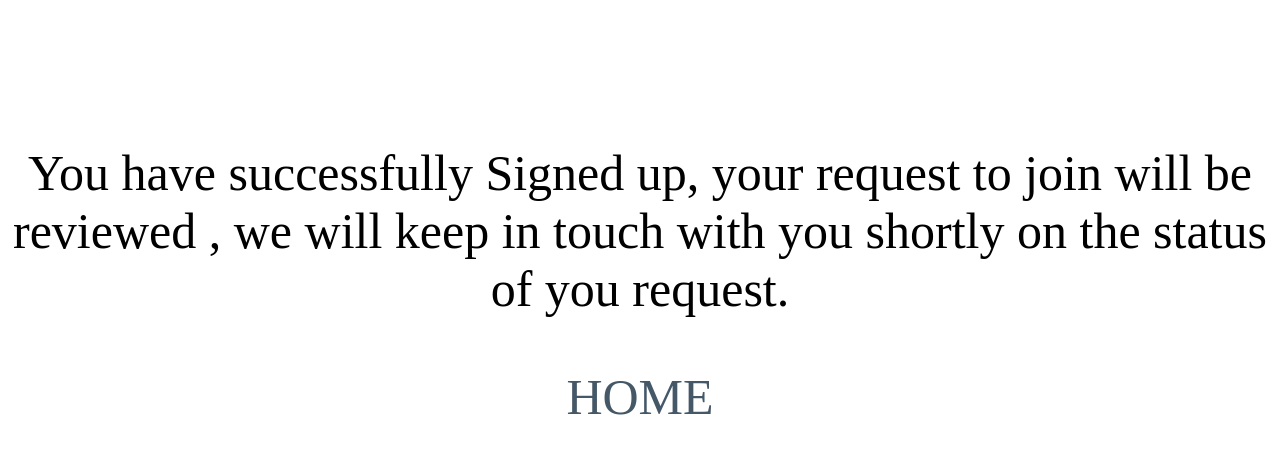
Repository: lorna-k/Workspace
Page: Alumni/Alumni-2/WebContent/signedup.html
An editor plug-in stored every save of this project. The page is shown before and after the next save, followed by the edit.
The browser window is 1280 px wide. The pictures show the whole page.

Above is the page before, as saved 2016-09-15 08:44:35.

### Alumni/Alumni-2/WebContent/signedup.html
<!DOCTYPE html>
<html>
<head>
<meta charset="ISO-8859-1">
<title>Insert title here</title>
</head>

<style>
	a
	{
		text-decoration: none;
		color:#455868;
	}
	a:hover
	{
		color:blue;
	}

</style>
<body>
	<div  style="font-size:50px; font-family:Arial #455868;margin-top:20vh" align="center">

		You have successfully Signed up,
		your request to join will be reviewed
		, we will keep in touch with you shortly on the status
		of you request.




		<p><a href="imdex.html">HOME</a></p>
	</div>
</body>
</html>

After the next save:
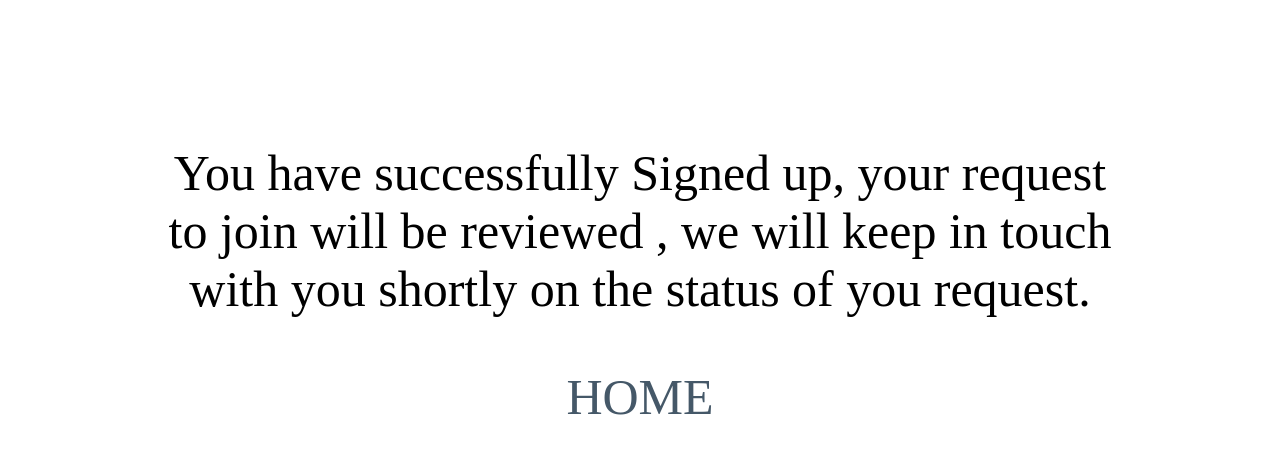
Saved 61 s later.
--- a/Alumni/Alumni-2/WebContent/signedup.html
+++ b/Alumni/Alumni-2/WebContent/signedup.html
@@ -18,7 +18,7 @@
 
 </style>
 <body>
-	<div  style="font-size:50px; font-family:Arial #455868;margin-top:20vh" align="center">
+	<div  style="font-size:50px; font-family:Arial #455868;margin:20vh" align="center">
 
 		You have successfully Signed up,
 		your request to join will be reviewed
